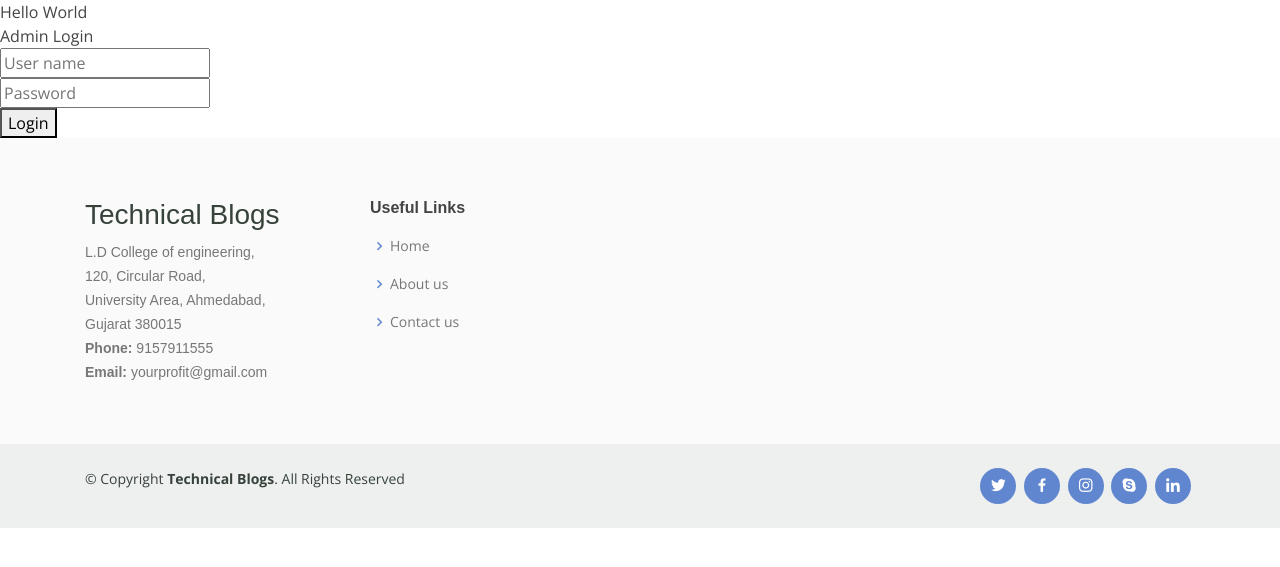
Repository: namanmistry/java-web-project
Page: http://localhost/technical/Login
These files come from the project's save history. The page is drawn as it stood at one moment and after the next save; the edit follows.
The browser window is 1280 px wide. The pictures show the whole page.
Some web fonts or font styles are not loaded; a fallback is used. The page is served by Tomcat 9. Other server files are loaded and not shown.

Above is the page before, as saved 2020-08-31 13:52:45.

### technical/WebContent/login.jsp
<%@ page language="java" contentType="text/html; charset=ISO-8859-1"
    pageEncoding="ISO-8859-1"%>
<%@ include file="Header.jsp"%>
Hello World

	<div class="limiter">
		<div class="container-login100" style="img/bg-01.jpg">
			<div class="wrap-login100 p-t-30 p-b-50">
				<span class="login100-form-title p-b-41">
					Admin Login
				</span>
				<form class="login100-form validate-form p-b-33 p-t-5" method="post" >

					<div class="wrap-input100 validate-input" data-validate = "Enter username">
						<input class="input100" type="text" name="username" placeholder="User name">
						<span class="focus-input100" data-placeholder="&#xe82a;"></span>
					</div>

					<div class="wrap-input100 validate-input" data-validate="Enter password">
						<input class="input100" type="text" name="pass" placeholder="Password">
						<span class="focus-input100" data-placeholder="&#xe80f;"></span>
					</div>

					<div class="container-login100-form-btn m-t-32">
						<button class="login100-form-btn">
							Login
						</button>
					</div>

				</form>
			</div>
		</div>
	</div>


	<div id="dropDownSelect1"></div>



<%@ include file="Footer.jsp" %>

### technical/WebContent/Header.jsp
<!DOCTYPE html>
<html lang="en">


<body>
    <head>
        <meta charset="utf-8">
        <meta content="width=device-width, initial-scale=1.0" name="viewport">

        <title>Technical Blogs</title>
        <meta content="" name="descriptison">
        <meta content="" name="keywords">

        <!-- Favicons -->
        <link href="img/favicon.png" rel="icon">
        <link href="img/apple-touch-icon.png" rel="apple-touch-icon">

        <!-- Google Fonts -->
        <link
            href="https://fonts.googleapis.com/css?family=Open+Sans:300,300i,400,400i,600,600i,700,700i|Raleway:300,300i,400,400i,500,500i,600,600i,700,700i|Poppins:300,300i,400,400i,500,500i,600,600i,700,700i"
            rel="stylesheet">
            <link href="https://stackpath.bootstrapcdn.com/font-awesome/4.7.0/css/font-awesome.min.css" rel="stylesheet" integrity="sha384-wvfXpqpZZVQGK6TAh5PVlGOfQNHSoD2xbE+QkPxCAFlNEevoEH3Sl0sibVcOQVnN" crossorigin="anonymous">

        <!-- Vendor CSS Files -->
        <link href="vendor/bootstrap/css/bootstrap.min.css" rel="stylesheet">
        <link href="vendor/icofont/icofont.min.css" rel="stylesheet">
        <link href="vendor/boxicons/css/boxicons.min.css" rel="stylesheet">
        <link href="vendor/remixicon/remixicon.css" rel="stylesheet">
        <link href="vendor/owl.carousel/assets/owl.carousel.min.css" rel="stylesheet">
        <link href="vendor/animate.css/animate.min.css" rel="stylesheet">
        <link href="vendor/aos/aos.css" rel="stylesheet">

        <!-- Template Main CSS File -->
        <link href="css/style.css" rel="stylesheet">

        <!-- =======================================================
      * Template Name: Mentor - v2.0.0
      * Template URL: https://bootstrapmade.com/mentor-free-education-bootstrap-theme/
      * Author: BootstrapMade.com
      * License: https://bootstrapmade.com/license/
      ======================================================== -->
    </head>

### technical/WebContent/Footer.jsp

    <!-- ======= Footer ======= -->
    <footer id="footer">

        <div class="footer-top">
            <div class="container">
                <div class="row">

                    <div class="col-lg-3 col-md-6 footer-contact">
                        <h3>Technical Blogs</h3>
                        <p>
                            L.D College of engineering,<br>120, Circular Road,<br> University Area, Ahmedabad,<br> Gujarat 380015<br>
                            <strong>Phone:</strong> 9157911555<br>
                            <strong>Email:</strong> yourprofit@gmail.com<br>
                        </p>
                    </div>

                    <div class="col-lg-2 col-md-6 footer-links">
                        <h4>Useful Links</h4>
                        <ul>
                            <li><i class="bx bx-chevron-right"></i> <a href="/">Home</a></li>
                            <li><i class="bx bx-chevron-right"></i> <a href="/about">About us</a></li>
                            <li><i class="bx bx-chevron-right"></i> <a href="/contact">Contact us</a></li>

                        </ul>
                    </div>




                </div>
            </div>
        </div>

        <div class="container d-md-flex py-4">

            <div class="mr-md-auto text-center text-md-left">
                <div class="copyright">
                    &copy; Copyright <strong><span>Technical Blogs</span></strong>. All Rights Reserved
                </div>

            </div>
            <div class="social-links text-center text-md-right pt-3 pt-md-0">
                <a href="#" class="twitter"><i class="bx bxl-twitter"></i></a>
                <a href="#" class="facebook"><i class="bx bxl-facebook"></i></a>
                <a href="#" class="instagram"><i class="bx bxl-instagram"></i></a>
                <a href="#" class="google-plus"><i class="bx bxl-skype"></i></a>
                <a href="#" class="linkedin"><i class="bx bxl-linkedin"></i></a>
            </div>
        </div>
    </footer><!-- End Footer -->

    <a href="#" class="back-to-top"><i class="bx bx-up-arrow-alt"></i></a>
    <div id="preloader"></div>

    <!-- Vendor JS Files -->
    <script src="vendor/jquery/jquery.min.js"></script>
    <script src="vendor/bootstrap/js/bootstrap.bundle.min.js"></script>
    <script src="vendor/jquery.easing/jquery.easing.min.js"></script>
    <script src="vendor/php-email-form/validate.js"></script>
    <script src="vendor/waypoints/jquery.waypoints.min.js"></script>
    <script src="vendor/counterup/counterup.min.js"></script>
    <script src="vendor/owl.carousel/owl.carousel.min.js"></script>
    <script src="vendor/aos/aos.js"></script>

    <!-- Template Main JS File -->
    <script src="js/main.js"></script>
    <script src="js/form.js"></script>

</body>

</html>

### technical/src/com/main/Login.java
package com.main;

import java.io.IOException;

import javax.servlet.RequestDispatcher;
import javax.servlet.ServletException;
import javax.servlet.annotation.WebServlet;
import javax.servlet.http.HttpServlet;
import javax.servlet.http.HttpServletRequest;
import javax.servlet.http.HttpServletResponse;

@WebServlet("/Login")
public class Login extends HttpServlet {

	protected void service(HttpServletRequest request, HttpServletResponse response) throws ServletException, IOException {
		RequestDispatcher rd=request.getRequestDispatcher("login.jsp");
		rd.forward(request, response);
	}



}

Loaded but not shown: technical/WebContent/js/main.js (195 lines, source omitted); technical/WebContent/js/form.js (42 lines, source omitted); technical/WebContent/css/style.css (1586 lines, source omitted)

After the next save:
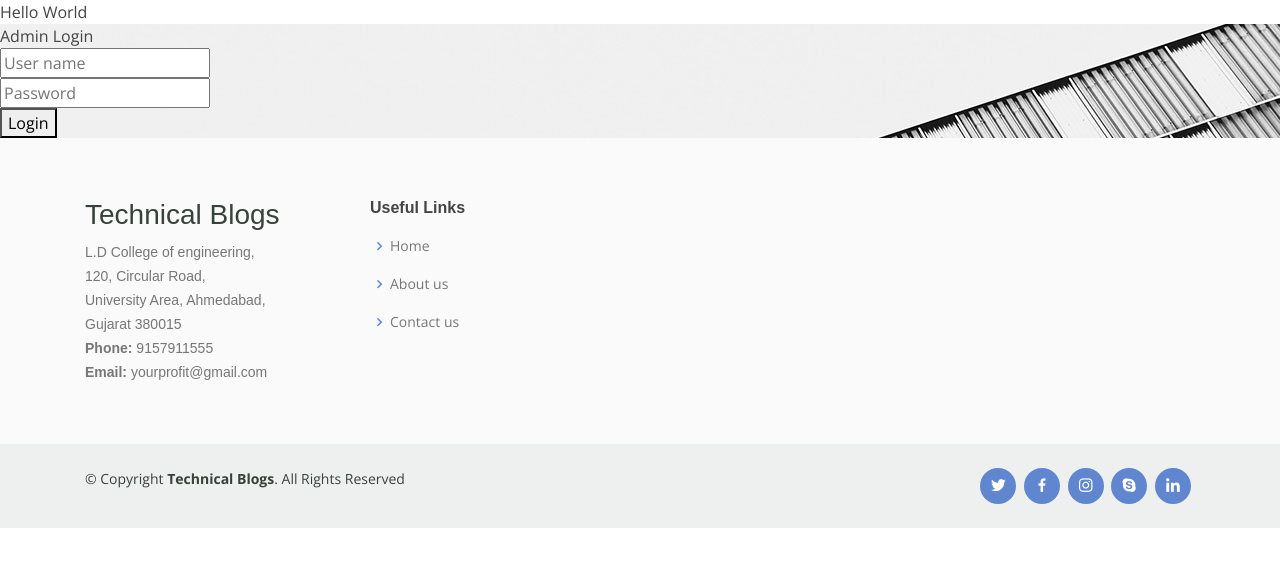
Saved 90 s later.
--- a/technical/WebContent/login.jsp
+++ b/technical/WebContent/login.jsp
@@ -4,7 +4,7 @@
 Hello World
 
 	<div class="limiter">
-		<div class="container-login100" style="img/bg-01.jpg">
+		<div class="container-login100" style="background-image: url('img/bg-01.jpg');">
 			<div class="wrap-login100 p-t-30 p-b-50">
 				<span class="login100-form-title p-b-41">
 					Admin Login
